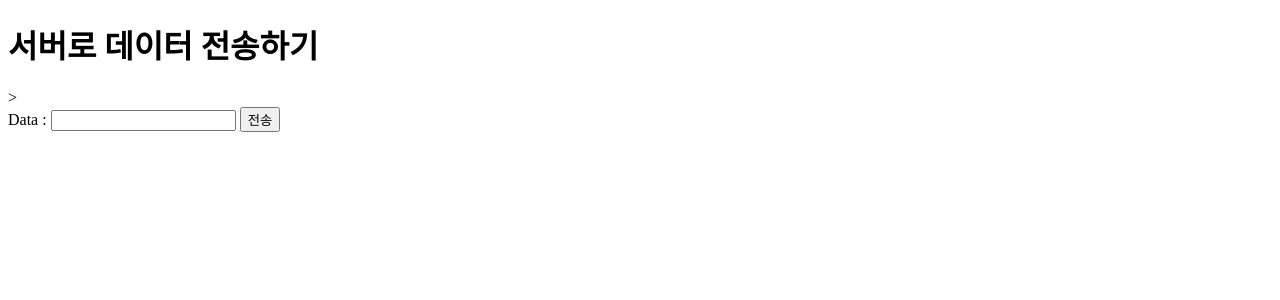
Repository: Jungsol/Servlet_JSP_study
Page: Servlet_JSP_study/src/main/webapp/ex03_dataSend.html
These files come from the project's save history. The page is drawn as it stood at one moment and after the next save; the edit follows.
The browser window is 1280 px wide. The pictures show the whole page.

Above is the page before, as saved 2023-06-01 10:49:52.

After the next save:
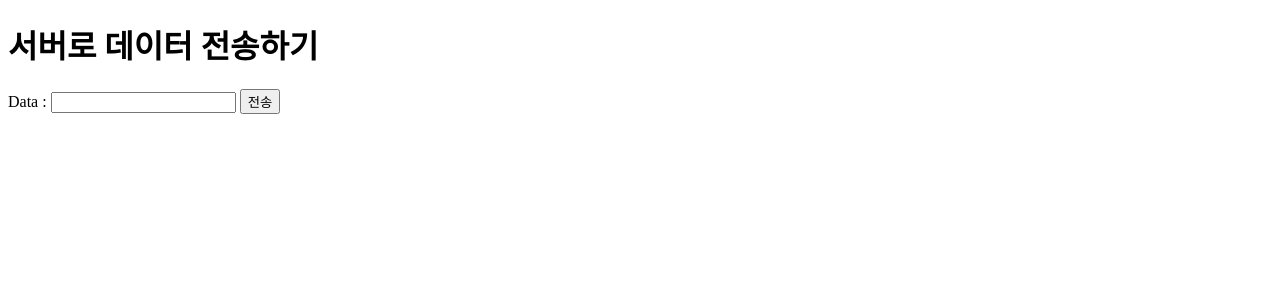
Saved 15 s later.
--- a/Servlet_JSP_study/src/main/webapp/ex03_dataSend.html
+++ b/Servlet_JSP_study/src/main/webapp/ex03_dataSend.html
@@ -5,7 +5,7 @@
 <title>Insert title here</title>
 </head>
 <body>
-	<h1>서버로 데이터 전송하기</h1>>
+	<h1>서버로 데이터 전송하기</h1>
 
 	<form action="dataSend">
 		Data : <input type="text" name="data">
